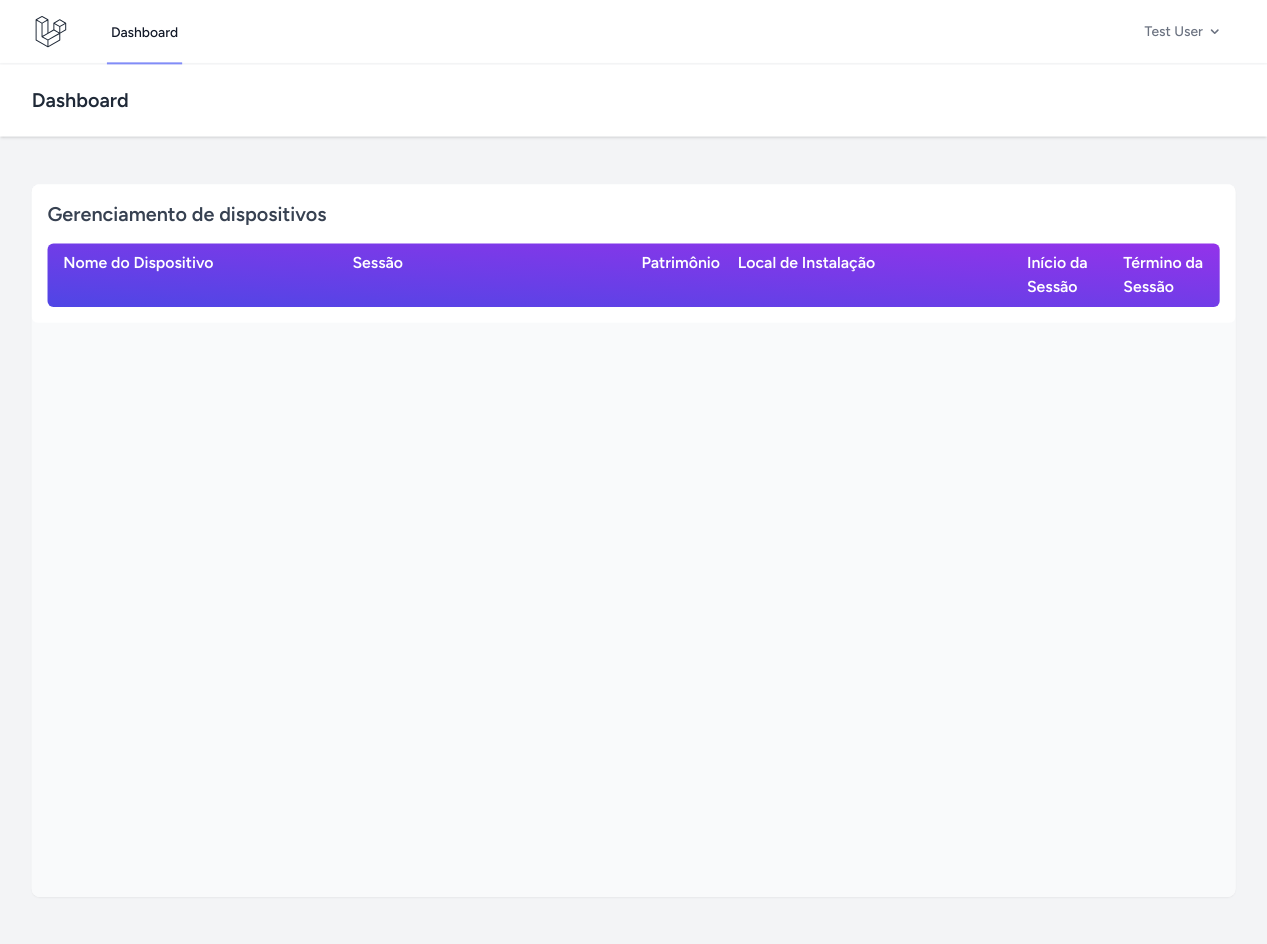
Repository: CrisMorgantee/device-logs
Page: http://localhost/dashboard
The author's editor kept a copy of each file at every save. The page is drawn from the files as they stood at one save, then again after the next save.
The browser window is 1280 px wide. The pictures show the whole page, at 99% of full size.
The page is served by the project's Laravel application, run on PHP 8.4 with Laravel 10. A made-up administrator, Test User (test@example.com), is signed in. Other server files are loaded and not shown. Style sheets and scripts are compiled from the project's sources, by tool versions that may differ from the author's. Queries for data that is not in the repository find no rows.

Above is the page before, as saved 2023-04-14 22:43:38.

### routes/web.php
<?php

use App\Http\Controllers\ProfileController;
use App\Http\Controllers\DeviceLogsController;
use Illuminate\Support\Facades\Route;

/*
|--------------------------------------------------------------------------
| Web Routes
|--------------------------------------------------------------------------
|
| Here is where you can register web routes for your application. These
| routes are loaded by the RouteServiceProvider and all of them will
| be assigned to the "web" middleware group. Make something great!
|
*/

Route::get('/', function () {
    return view('auth.login');
});

Route::get('/dashboard', [DeviceLogsController::class, 'index'])->middleware(['auth', 'verified'])->name('dashboard');

Route::middleware('auth')->group(function () {
    Route::get('/profile', [ProfileController::class, 'edit'])->name('profile.edit');
    Route::patch('/profile', [ProfileController::class, 'update'])->name('profile.update');
    Route::delete('/profile', [ProfileController::class, 'destroy'])->name('profile.destroy');
});

require __DIR__.'/auth.php';

### app/Http/Controllers/DeviceLogsController.php
<?php

namespace App\Http\Controllers;

use App\Models\DeviceLogs;
use Illuminate\Http\Request;

class DeviceLogsController extends Controller
{
    /**
     * Display a listing of the resource.
     */
    public function index()
    {
        $logs = DeviceLogs::all();

        return view('dashboard', ['logs' => $logs]);
    }

    /**
     * Show the form for creating a new resource.
     */
    public function create()
    {
        //
    }

    /**
     * Store a newly created resource in storage.
     */
    public function store(Request $request)
    {
        //
    }

    /**
     * Display the specified resource.
     */
    public function show(DeviceLogs $deviceLogs)
    {
        //
    }

    /**
     * Show the form for editing the specified resource.
     */
    public function edit(DeviceLogs $deviceLogs)
    {
        //
    }

    /**
     * Update the specified resource in storage.
     */
    public function update(Request $request, DeviceLogs $deviceLogs)
    {
        //
    }

    /**
     * Remove the specified resource from storage.
     */
    public function destroy(DeviceLogs $deviceLogs)
    {
        //
    }
}

### app/Models/DeviceLogs.php
<?php

namespace App\Models;

use Illuminate\Database\Eloquent\Factories\HasFactory;
use Illuminate\Database\Eloquent\Model;

class DeviceLogs extends Model
{
    use HasFactory;

    public $fillable = [
        'machine_name',
        'session',
        'patrimony',
        'location'
    ];


    protected $dates = [
      'start_session_at',
      'end_session_at'
  ];

}

### resources/views/dashboard.blade.php
<x-app-layout>
  <x-slot name="header">
    <h2 class="text-xl font-semibold leading-tight text-gray-800">
      {{ __('Dashboard') }}
    </h2>
  </x-slot>

  <div class="py-12">
    <div class="max-w-8xl mx-auto sm:px-6 lg:px-8">
      <div class="overflow-hidden bg-white shadow-sm sm:rounded-lg">
        <div class="min-h-screen bg-gray-50">
          <div class="rounded-md bg-white p-4">
            <h2 class="mb-4 text-xl font-bold text-gray-700">Gerenciamento de dispositivos</h2>

            <div
              class="text-md grid grid-cols-12 gap-4 rounded-md bg-gradient-to-tr from-indigo-600 to-purple-600 py-2 px-4 font-bold text-white">
              <div class="col-span-3">
                <span>Nome do Dispositivo</span>
              </div>
              <div class="col-span-3">
                <span>Sessão</span>
              </div>
              <div class="col-span-1">
                <span>Patrimônio</span>
              </div>
              <div class="col-span-3">
                <span>Local de Instalação</span>
              </div>
              <div class="col-span-1">
                <span>Início da Sessão</span>
              </div>
              <div class="col-span-1">
                <span>Término da Sessão</span>
              </div>
            </div>
            <div>
              @foreach ($logs as $deviceLog)
                <div class="mt-4 flex justify-between space-x-4 border-t text-sm font-normal">
                  <div class="flex px-2">
                    <span>{{ $deviceLog->machine_name }}</span>
                  </div>
                  <div>
                    <span>{{ $deviceLog->session }}</span>
                  </div>
                  <div class="px-2">
                    <span>{{ $deviceLog->patrimony }}</span>
                  </div>
                  <div class="px-2">
                    <span>{{ $deviceLog->location }}</span>
                  </div>
                  <div class="px-2">
                    <span>{{ $deviceLog->start_session_at }}</span>
                  </div>
                  <div class="px-2">
                    <span>{{ $deviceLog->end_session_at }}</span>
                  </div>
                </div>
              @endforeach
            </div>
          </div>
        </div>
      </div>
    </div>

</x-app-layout>

Loaded but not shown: app/Providers/AppServiceProvider.php (common file); routes/auth.php (common file); app/Http/Controllers/Auth/EmailVerificationPromptController.php (common file); app/Http/Controllers/Controller.php (common file); app/Http/Controllers/Auth/VerifyEmailController.php (common file); app/Models/User.php (common file); app/View/Components/AppLayout.php (common file); resources/views/layouts/app.blade.php (common file); resources/views/layouts/navigation.blade.php (common file); resources/views/components/application-logo.blade.php (common file); resources/views/components/nav-link.blade.php (common file); resources/views/components/dropdown-link.blade.php (common file); resources/views/components/dropdown.blade.php (common file); resources/views/components/responsive-nav-link.blade.php (common file); resources/css/app.css (common file); tailwind.config.js (common file); resources/js/app.js (common file); resources/js/bootstrap.js (common file)

After the next save:
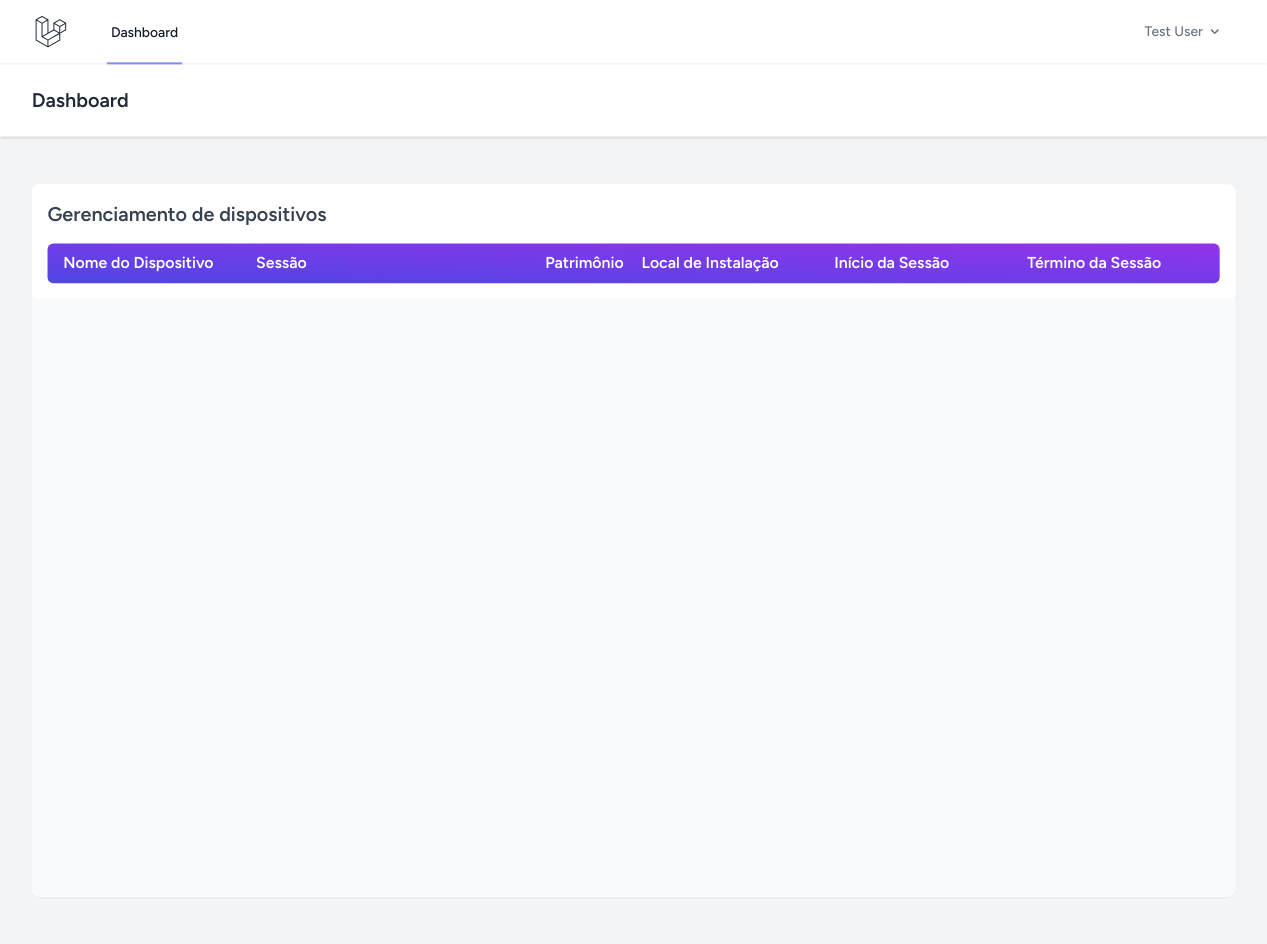
Saved 12 s later.
--- a/resources/views/dashboard.blade.php
+++ b/resources/views/dashboard.blade.php
@@ -6,7 +6,7 @@
   </x-slot>
 
   <div class="py-12">
-    <div class="max-w-8xl mx-auto sm:px-6 lg:px-8">
+    <div class="mx-auto max-w-7xl sm:px-6 lg:px-8">
       <div class="overflow-hidden bg-white shadow-sm sm:rounded-lg">
         <div class="min-h-screen bg-gray-50">
           <div class="rounded-md bg-white p-4">
@@ -14,7 +14,7 @@
 
             <div
               class="text-md grid grid-cols-12 gap-4 rounded-md bg-gradient-to-tr from-indigo-600 to-purple-600 py-2 px-4 font-bold text-white">
-              <div class="col-span-3">
+              <div class="col-span-2">
                 <span>Nome do Dispositivo</span>
               </div>
               <div class="col-span-3">
@@ -23,13 +23,13 @@
               <div class="col-span-1">
                 <span>Patrimônio</span>
               </div>
-              <div class="col-span-3">
+              <div class="col-span-2">
                 <span>Local de Instalação</span>
               </div>
-              <div class="col-span-1">
+              <div class="col-span-2">
                 <span>Início da Sessão</span>
               </div>
-              <div class="col-span-1">
+              <div class="col-span-2">
                 <span>Término da Sessão</span>
               </div>
             </div>
